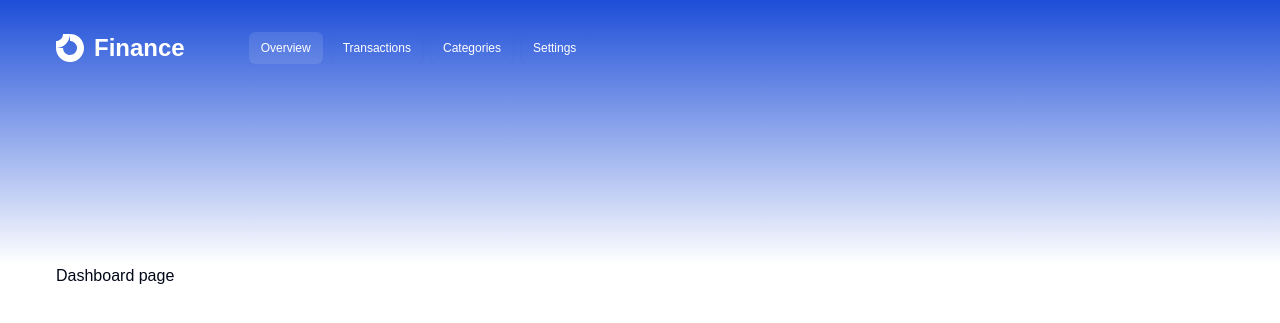
Repository: manucavallera/App-finanzas
Page: /
An editor plug-in stored every save of this project. The page is shown before and after the next save, followed by the edit.
The browser window is 1280 px wide. The pictures show the whole page.
The page's requests for data from a server got no answer. The project was rebuilt for these pictures with package versions that can differ from the ones it lists, and the page was loaded fresh each time. Some packages were replaced by stand-ins written for this rebuild. The framework's server and built-in components were replaced by stand-ins that run in the browser. No one was signed in, and anything a server would have sent is missing. Also part of the build but not shown: next.config.ts, components/ui/sheet.tsx.

Above is the page before, as saved 2025-02-27 16:49:42.

### app/layout.tsx
import type { Metadata } from "next";
import localFont from "next/font/local";
import "./globals.css";
import { ClerkProvider } from "@clerk/nextjs";

const geistSans = localFont({
  src: "./fonts/GeistVF.woff",
  variable: "--font-geist-sans",
  weight: "100 900",
});
const geistMono = localFont({
  src: "./fonts/GeistMonoVF.woff",
  variable: "--font-geist-mono",
  weight: "100 900",
});

export const metadata: Metadata = {
  title: "Create Next App",
  description: "Generated by create next app",
};

export default function RootLayout({
  children,
}: Readonly<{
  children: React.ReactNode;
}>) {
  return (
    <ClerkProvider>
      <html lang='en'>
        <body
          className={`${geistSans.variable} ${geistMono.variable} antialiased`}
        >
          {children}
        </body>
      </html>
    </ClerkProvider>
  );
}

### app/(dashboard)/layout.tsx
import { Header } from "@/components/header";
type Props = {
  children: React.ReactNode;
};

const DashboardLayout = ({ children }: Props) => {
  return (
    <>
      <Header />
      <main className='px-3 lg:px-14'>{children}</main>
    </>
  );
};

export default DashboardLayout;

### app/(dashboard)/page.tsx
import { UserButton } from "@clerk/nextjs";

export default function Home() {
  return (
    <div>
      <h1>Dashboard page </h1>
      <UserButton />
    </div>
  );
}

### components/header.tsx
"use client";

import { HeaderLogo } from "./header-logo";
import { Navigation } from "./navigation";

import { UserButton, ClerkLoading, ClerkLoaded } from "@clerk/nextjs";
import { Loader2 } from "lucide-react";

export const Header = () => {
  return (
    <header className='bg-gradient-to-b from-blue-700 to blue-500 px-4 py-8 lg:px-14 pb-36'>
      <div className='max-w-screen-2xl mx-auto'>
        <div className='w-full flex items-center justify-between mb-14'>
          <div className='flex items-center lg:gap-x-16'>
            <HeaderLogo />
            <Navigation />
          </div>
          <ClerkLoaded>
            <UserButton afterSignOutUrl='/' />
          </ClerkLoaded>
          <ClerkLoading>
            <Loader2 className='size-8 animate-spin text-slate-400' />
          </ClerkLoading>
        </div>
      </div>
    </header>
  );
};

### components/header-logo.tsx
import Link from "next/link";
import Image from "next/image";

export const HeaderLogo = () => {
  return (
    <Link href='/'>
      <div className='items-center hidden lg:flex'>
        <Image src='/logo.svg' alt='Logo' width={28} height={28} />
        <p className='font-semibold text-white text-2xl ml-2.5'>Finance</p>
      </div>
    </Link>
  );
};

### components/navigation.tsx
"use client";

import { useMedia } from "react-use";

import { Menu } from "lucide-react";

import { useState } from "react";

import { usePathname } from "next/navigation";

import { useRouter } from "next/router";
import { NavButton } from "./nav-button";

import { Button } from "./ui/button";

import { Sheet, SheetContent, SheetTrigger } from "@/components/ui/sheet";

const routes = [
  {
    href: "/",
    label: "Overview",
  },
  {
    href: "/transactions",
    label: "Transactions",
  },
  {
    href: "/categories",
    label: "Categories",
  },
  {
    href: "/settings",
    label: "Settings",
  },
];

export const Navigation = () => {
  const [isOpen, setIsOpen] = useState(false);

  const router = useRouter();

  const isMobile = useMedia("(max-width: 1024px)", false);

  const pathname = usePathname();

  const onClick = (href: string) => {
    router.push(href);
    setIsOpen(false);
  };

  if (isMobile) {
    return (
      <Sheet open={isOpen} onOpenChange={setIsOpen}>
        <SheetTrigger>
          <Button
            variant='outline'
            size='sm'
            className='font-normal bg-white/10 hover:bg-white/20 hover:text-white border-none focus-visible:ring-offset-0 focus-visible:ring-transparent outline-none text-white focus:bg-white/30 transition'
          >
            <Menu className='size-4' />
          </Button>
        </SheetTrigger>
        <SheetContent side='left' className='px-2'>
          <nav className='flex flex-col gap-y-2 pt-6'>
            {routes.map((route) => (
              <Button
                key={route.href}
                variant={route.href === pathname ? "default" : "outline"}
                onClick={() => onClick(route.href)}
              >
                {route.label}
              </Button>
            ))}
          </nav>
        </SheetContent>
      </Sheet>
    );
  }

  return (
    <nav className='hidden lg:flex items-center gap-x-2 overflow-x-auto'>
      {routes.map((route) => (
        <NavButton
          key={route.href}
          href={route.href}
          label={route.label}
          isActive={pathname === route.href}
        />
      ))}
    </nav>
  );
};

### components/nav-button.tsx
import Link from "next/link";

import { cn } from "@/lib/utils";
import { Button } from "./ui/button";

type Props = {
  href: string;
  label: string;
  isActive: boolean;
};

export const NavButton = ({ href, label, isActive }: Props) => {
  return (
    <Button
      asChild
      variant='outline'
      size='sm'
      className={cn(
        "w-full lg:w-auto justify-between font-normal hover:bg-white/20 hover:text-white border-none focus-visible:ring-offset-0 focus-visible:ring-transparent outline-none text-white focus:bg-white/30 transition",
        isActive ? "bg-white/10 text-white" : "bg-transparent"
      )}
    >
      <Link href={href}>{label}</Link>
    </Button>
  );
};

### components/ui/button.tsx
import * as React from "react";
import { Slot } from "@radix-ui/react-slot";
import { cva, type VariantProps } from "class-variance-authority";

import { cn } from "@/lib/utils";

const buttonVariants = cva(
  "inline-flex items-center justify-center gap-2 whitespace-nowrap rounded-md text-sm font-medium transition-colors focus-visible:outline-none focus-visible:ring-1 focus-visible:ring-ring disabled:pointer-events-none disabled:opacity-50 [&_svg]:pointer-events-none [&_svg]:size-4 [&_svg]:shrink-0",
  {
    variants: {
      variant: {
        blue: "bg-blue-600 text-white",
        default:
          "bg-primary text-primary-foreground shadow hover:bg-primary/90",
        destructive:
          "bg-destructive text-destructive-foreground shadow-sm hover:bg-destructive/90",
        outline:
          "border border-input bg-background shadow-sm hover:bg-accent hover:text-accent-foreground",
        secondary:
          "bg-secondary text-secondary-foreground shadow-sm hover:bg-secondary/80",
        ghost: "hover:bg-accent hover:text-accent-foreground",
        link: "text-primary underline-offset-4 hover:underline",
      },
      size: {
        default: "h-9 px-4 py-2",
        sm: "h-8 rounded-md px-3 text-xs",
        lg: "h-10 rounded-md px-8",
        icon: "h-9 w-9",
      },
    },
    defaultVariants: {
      variant: "default",
      size: "default",
    },
  }
);

export interface ButtonProps
  extends React.ButtonHTMLAttributes<HTMLButtonElement>,
    VariantProps<typeof buttonVariants> {
  asChild?: boolean;
}

const Button = React.forwardRef<HTMLButtonElement, ButtonProps>(
  ({ className, variant, size, asChild = false, ...props }, ref) => {
    const Comp = asChild ? Slot : "button";
    return (
      <Comp
        className={cn(buttonVariants({ variant, size, className }))}
        ref={ref}
        {...props}
      />
    );
  }
);
Button.displayName = "Button";

export { Button, buttonVariants };

Loaded but not shown: app/globals.css (common file); lib/utils.ts (common file); tailwind.config.ts (common file)

After the next save:
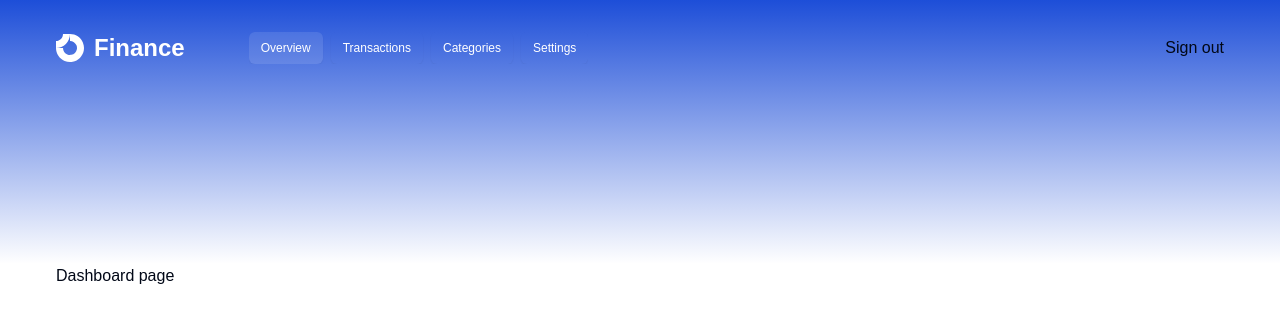
Saved 3 min 31 s later.
--- a/components/header.tsx
+++ b/components/header.tsx
@@ -3,7 +3,12 @@
 import { HeaderLogo } from "./header-logo";
 import { Navigation } from "./navigation";
 
-import { UserButton, ClerkLoading, ClerkLoaded } from "@clerk/nextjs";
+import {
+  UserButton,
+  ClerkLoading,
+  ClerkLoaded,
+  SignOutButton,
+} from "@clerk/nextjs";
 import { Loader2 } from "lucide-react";
 
 export const Header = () => {
@@ -16,7 +21,7 @@ export const Header = () => {
             <Navigation />
           </div>
           <ClerkLoaded>
-            <UserButton afterSignOutUrl='/' />
+            <SignOutButton />
           </ClerkLoaded>
           <ClerkLoading>
             <Loader2 className='size-8 animate-spin text-slate-400' />
